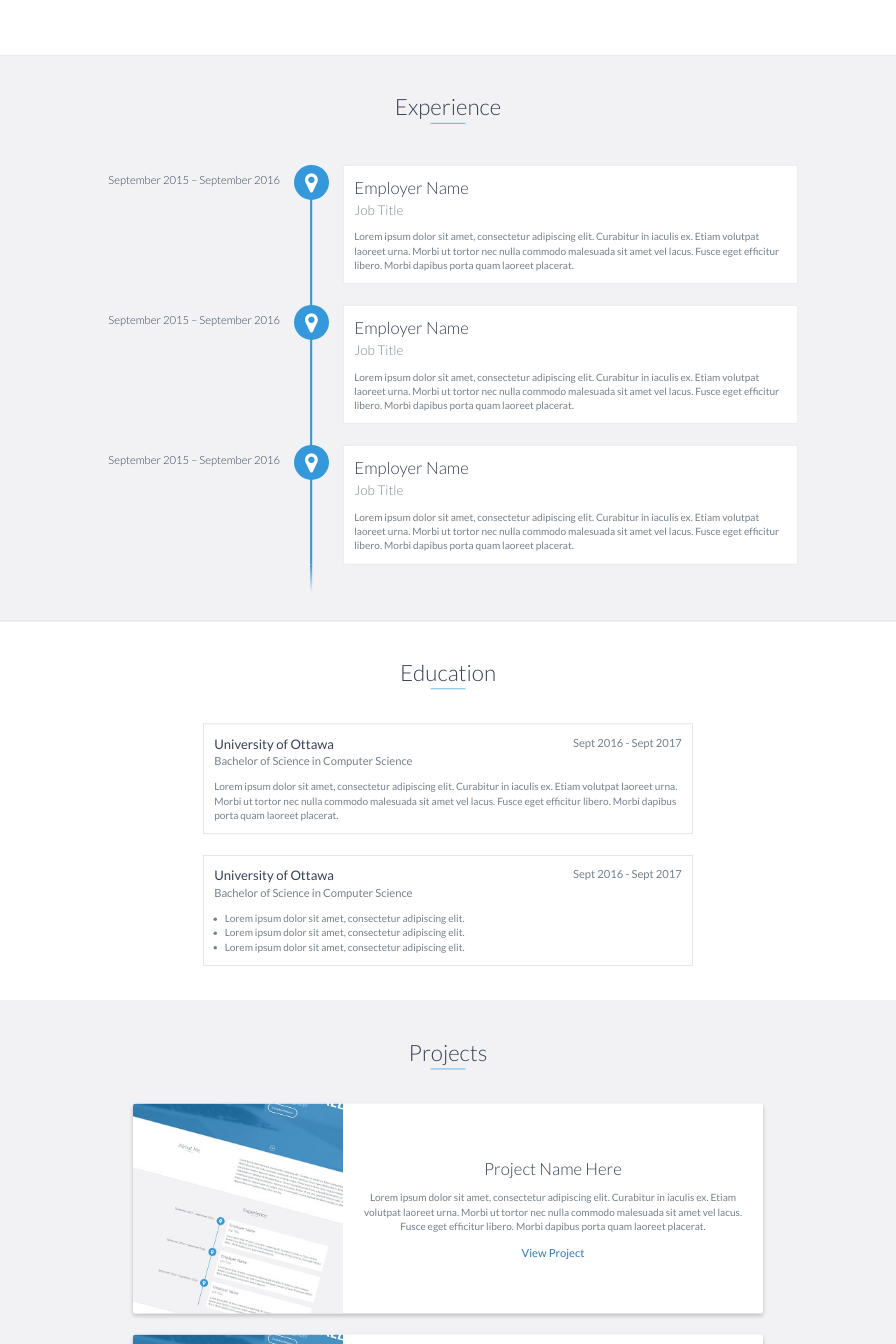
Repository: josegneto/josegneto.github.io
Page: index.html
These files come from the project's save history. The page is drawn as it stood at one moment and after the next save; the edit follows.
The browser window is 1280 px wide. The pictures show the part of the page from y = 952 to 2872 px (the page is 4137 px tall before and 4096 px after), at 70% of full size.

Above is the page before, as saved 2021-11-30 11:14:56.

### index.html
<!DOCTYPE html>
<html class="no-js" lang="en">

<head>
    <meta charset="utf-8">
    <meta http-equiv="X-UA-Compatible" content="IE=edge">
    <meta name="viewport" content="width=device-width, initial-scale=1">
    <title>My Portfolio</title>
	<link rel="shortcut icon" href="favicon.ico" type="image/x-icon">
	<link rel="icon" href="favicon.ico" type="image/x-icon">
    <link href="https://fonts.googleapis.com/css?family=Lato:300,400,700,900" rel="stylesheet">
    <link rel="stylesheet" href="libs/font-awesome/css/font-awesome.min.css">
    <link href="css/bootstrap.min.css" rel="stylesheet">
    <link href="css/styles.css" rel="stylesheet">
</head>

<body>
    <div id="mobile-menu-open" class="shadow-large">
        <i class="fa fa-bars" aria-hidden="true"></i>
    </div>
    <!-- End #mobile-menu-toggle -->
    <header>
        <div id="mobile-menu-close">
            <span>Close</span> <i class="fa fa-times" aria-hidden="true"></i>
        </div>
        <ul id="menu" class="shadow">
            <li>
                <a href="#about">About</a>
            </li>
            <li>
                <a href="#experience">Experience</a>
            </li>
            <li>
                <a href="#education">Education</a>
            </li>
            <li>
                <a href="#projects">Projects</a>
            </li>
            <li>
                <a href="#skills">Skills</a>
            </li>
            <li>
                <a href="#contact">Contact</a>
            </li>
        </ul>
    </header>
    <!-- End header -->

    <div id="lead">
        <div id="lead-content">
            <h1>José Neto</h1>
            <h2>Electrical Engineer</h2>
            <a href="extra/CV_JoseNeto.pdf" class="btn-rounded-white" target="_blank">Download Resume</a>
        </div>
        <!-- End #lead-content -->

        <div id="lead-overlay"></div>

        <div id="lead-down">
            <span>
                <i class="fa fa-chevron-down" aria-hidden="true"></i>
            </span>
        </div>
        <!-- End #lead-down -->
    </div>
    <!-- End #lead -->

    <div id="about">
        <div class="container">
            <div class="row">
                <div class="col-md-4">
                    <h2 class="heading">About Me</h2>
                </div>
                <div class="col-md-8">
                    <p>
                        Lorem ipsum dolor sit amet, consectetur adipiscing elit. Curabitur in iaculis ex. Etiam volutpat laoreet urna. Morbi ut tortor nec nulla commodo malesuada sit amet vel lacus. Fusce eget efficitur libero. Morbi dapibus porta quam laoreet placerat. Donec
                        eu vehicula neque. Donec viverra lorem nunc, tempus euismod eros sollicitudin ut. Quisque et tincidunt libero. Donec id pharetra justo. Proin euismod lacinia dolor, eu scelerisque justo tempus pharetra. Vivamus nunc justo, finibus
                        ut nisl sed, euismod rhoncus nulla. Proin sed magna egestas, egestas ante et, congue eros. In consequat, mauris dapibus tincidunt suscipit, ex libero aliquet diam, at maximus risus enim non leo.
                    </p>
                </div>
            </div>
        </div>
    </div>
    <!-- End #about -->

    <div id="experience" class="background-alt">
        <h2 class="heading">Experience</h2>
        <div id="experience-timeline">
            <div data-date="September 2015 – September 2016">
                <h3>Employer Name</h3>
                <h4>Job Title</h4>
                <p>
                    Lorem ipsum dolor sit amet, consectetur adipiscing elit. Curabitur in iaculis ex. Etiam volutpat laoreet urna. Morbi ut tortor nec nulla commodo malesuada sit amet vel lacus. Fusce eget efficitur libero. Morbi dapibus porta quam laoreet placerat.
                </p>
            </div>

            <div data-date="September 2015 – September 2016">
                <h3>Employer Name</h3>
                <h4>Job Title</h4>
                <p>
                    Lorem ipsum dolor sit amet, consectetur adipiscing elit. Curabitur in iaculis ex. Etiam volutpat laoreet urna. Morbi ut tortor nec nulla commodo malesuada sit amet vel lacus. Fusce eget efficitur libero. Morbi dapibus porta quam laoreet placerat.
                </p>
            </div>

            <div data-date="September 2015 – September 2016">
                <h3>Employer Name</h3>
                <h4>Job Title</h4>
                <p>
                    Lorem ipsum dolor sit amet, consectetur adipiscing elit. Curabitur in iaculis ex. Etiam volutpat laoreet urna. Morbi ut tortor nec nulla commodo malesuada sit amet vel lacus. Fusce eget efficitur libero. Morbi dapibus porta quam laoreet placerat.
                </p>
            </div>
        </div>
    </div>
    <!-- End #experience -->

    <div id="education">
        <h2 class="heading">Education</h2>
        <div class="education-block">
            <h3>University of Ottawa</h3>
            <span class="education-date">Sept 2016 - Sept 2017</span>
            <h4>Bachelor of Science in Computer Science</h4>
            <p>
                Lorem ipsum dolor sit amet, consectetur adipiscing elit. Curabitur in iaculis ex. Etiam volutpat laoreet urna. Morbi ut tortor nec nulla commodo malesuada sit amet vel lacus. Fusce eget efficitur libero. Morbi dapibus porta quam laoreet placerat.
            </p>
        </div>
        <!-- End .education-block -->

        <div class="education-block">
            <h3>University of Ottawa</h3>
            <span class="education-date">Sept 2016 - Sept 2017</span>
            <h4>Bachelor of Science in Computer Science</h4>
            <ul>
                <li>
                    Lorem ipsum dolor sit amet, consectetur adipiscing elit.
                </li>
                <li>
                    Lorem ipsum dolor sit amet, consectetur adipiscing elit.
                </li>
                <li>
                    Lorem ipsum dolor sit amet, consectetur adipiscing elit.
                </li>
            </ul>
        </div>
        <!-- End .education-block -->
    </div>
    <!-- End #education -->

    <div id="projects" class="background-alt">
        <h2 class="heading">Projects</h2>
        <div class="container">
            <div class="row">
                <div class="project shadow-large">
                    <div class="project-image">
                        <img src="images/project.jpg" />
                    </div>
                    <!-- End .project-image -->
                    <div class="project-info">
                        <h3>Project Name Here</h3>
                        <p>
                            Lorem ipsum dolor sit amet, consectetur adipiscing elit. Curabitur in iaculis ex. Etiam volutpat laoreet urna. Morbi ut tortor nec nulla commodo malesuada sit amet vel lacus. Fusce eget efficitur libero. Morbi dapibus porta quam laoreet placerat.
                        </p>
                        <a href="#">View Project</a>
                    </div>
                    <!-- End .project-info -->
                </div>
                <!-- End .project -->

                <div class="project shadow-large">
                    <div class="project-image">
                        <img src="images/project.jpg" />
                    </div>
                    <!-- End .project-image -->
                    <div class="project-info">
                        <h3>Project Name Here</h3>
                        <p>
                            Lorem ipsum dolor sit amet, consectetur adipiscing elit. Curabitur in iaculis ex. Etiam volutpat laoreet urna. Morbi ut tortor nec nulla commodo malesuada sit amet vel lacus. Fusce eget efficitur libero. Morbi dapibus porta quam laoreet placerat.
                        </p>
                        <a href="#">View Project</a>
                    </div>
                    <!-- End .project-info -->
                </div>
                <!-- End .project -->
            </div>
        </div>
    </div>
    <!-- End #projects -->

    <div id="skills">
        <h2 class="heading">Skills</h2>
        <ul>
            <li>JavaScript</li>
            <li>Python</li>
            <li>Ruby</li>
            <li>Go</li>
            <li>Node.js</li>
            <li>AngularJs</li>
            <li>React</li>
            <li>Elixir</li>
            <li>Java</li>
            <li>C</li>
            <li>C#</li>
            <li>C++</li>
            <li>Ruby on Rails</li>
            <li>JavaScript</li>
            <li>Python</li>
            <li>Ruby</li>
            <li>Go</li>
            <li>Node.js</li>
            <li>AngularJs</li>
            <li>React</li>
            <li>Elixir</li>
            <li>Java</li>
            <li>C</li>
            <li>C#</li>
            <li>C++</li>
            <li>Ruby on Rails</li>
        </ul>
    </div>
    <!-- End #skills -->

    <div id="contact">
        <h2>Get in Touch</h2>
        <div id="contact-form">
            <form method="POST" action="https://formspree.io/email@email.com">
                <input type="hidden" name="_subject" value="Contact request from personal website" />
                <input type="email" name="_replyto" placeholder="Your email" required>
                <textarea name="message" placeholder="Your message" required></textarea>
                <button type="submit">Send</button>
            </form>
        </div>
        <!-- End #contact-form -->
    </div>
    <!-- End #contact -->

    <footer>
        <div class="container">
            <div class="row">
                <div class="col-sm-5 copyright">
                    <p>
                        Copyright &copy; 2020 YOUR NAME
                    </p>
                </div>
                <div class="col-sm-2 top">
                    <span id="to-top">
                        <i class="fa fa-chevron-up" aria-hidden="true"></i>
                    </span>
                </div>
                <div class="col-sm-5 social">
                    <ul>
                        <li>
                            <a href="https://github.com/" target="_blank"><i class="fa fa-github" aria-hidden="true"></i></a>
                        </li>
                        <li>
                            <a href="https://stackoverflow.com/" target="_blank"><i class="fa fa-stack-overflow" aria-hidden="true"></i></a>
                        </li>
                        <li>
                            <a href="https://linkedin.com/" target="_blank"><i class="fa fa-linkedin" aria-hidden="true"></i></a>
                        </li>
                        <li>
                            <a href="https://www.facebook.com/" target="_blank"><i class="fa fa-facebook" aria-hidden="true"></i></a>
                        </li>
                        <li>
                            <a href="https://twitter.com/" target="_blank"><i class="fa fa-twitter" aria-hidden="true"></i></a>
                        </li>
                        <li>
                            <a href="https://plus.google.com/" target="_blank"><i class="fa fa-google-plus" aria-hidden="true"></i></a>
                        </li>
                    </ul>
                </div>
            </div>
        </div>
    </footer>
    <!-- End footer -->

    <script src="https://ajax.googleapis.com/ajax/libs/jquery/1.12.4/jquery.min.js"></script>
    <script src="js/scripts.min.js"></script>
</body>

</html>

Loaded but not shown: libs/font-awesome/css/font-awesome.min.css (library); css/bootstrap.min.css (library); js/scripts.min.js (common file); css/styles.css (847 lines, source omitted)

After the next save:
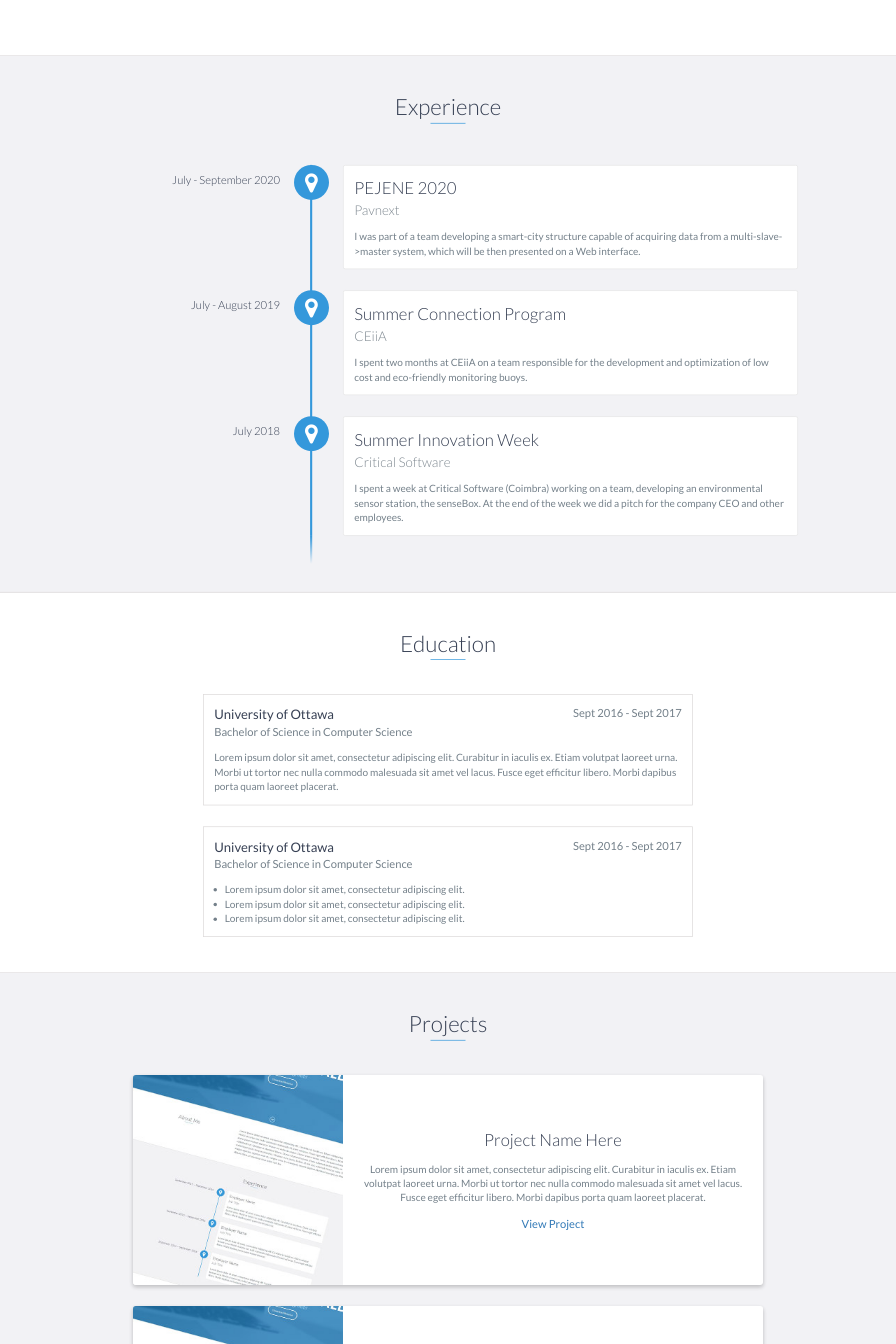
Saved 3 min 9 s later.
--- a/index.html
+++ b/index.html
@@ -86,28 +86,25 @@
     <div id="experience" class="background-alt">
         <h2 class="heading">Experience</h2>
         <div id="experience-timeline">
-            <div data-date="September 2015 – September 2016">
-                <h3>Employer Name</h3>
-                <h4>Job Title</h4>
+            <div data-date="July - September 2020">
+                <h3>PEJENE 2020</h3>
+                <h4>Pavnext</h4>
                 <p>
-                    Lorem ipsum dolor sit amet, consectetur adipiscing elit. Curabitur in iaculis ex. Etiam volutpat laoreet urna. Morbi ut tortor nec nulla commodo malesuada sit amet vel lacus. Fusce eget efficitur libero. Morbi dapibus porta quam laoreet placerat.
-                </p>
-            </div>
-
-            <div data-date="September 2015 – September 2016">
-                <h3>Employer Name</h3>
-                <h4>Job Title</h4>
+                    I was part of a team developing a smart-city structure capable of acquiring data from a multi-slave->master system, which will be then presented on a Web interface.                </p>
+            </div>
+
+            <div data-date="July - August 2019">
+                <h3>Summer Connection Program</h3>
+                <h4>CEiiA</h4>
                 <p>
-                    Lorem ipsum dolor sit amet, consectetur adipiscing elit. Curabitur in iaculis ex. Etiam volutpat laoreet urna. Morbi ut tortor nec nulla commodo malesuada sit amet vel lacus. Fusce eget efficitur libero. Morbi dapibus porta quam laoreet placerat.
-                </p>
-            </div>
-
-            <div data-date="September 2015 – September 2016">
-                <h3>Employer Name</h3>
-                <h4>Job Title</h4>
+                    I spent two months at CEiiA on a team responsible for the development and optimization of low cost and eco-friendly monitoring buoys.                </p>
+            </div>
+
+            <div data-date="July 2018">
+                <h3>Summer Innovation Week</h3>
+                <h4>Critical Software</h4>
                 <p>
-                    Lorem ipsum dolor sit amet, consectetur adipiscing elit. Curabitur in iaculis ex. Etiam volutpat laoreet urna. Morbi ut tortor nec nulla commodo malesuada sit amet vel lacus. Fusce eget efficitur libero. Morbi dapibus porta quam laoreet placerat.
-                </p>
+                    I spent a week at Critical Software (Coimbra) working on a team, developing an environmental sensor station, the senseBox. At the end of the week we did a pitch for the company CEO and other employees.                </p>
             </div>
         </div>
     </div>
